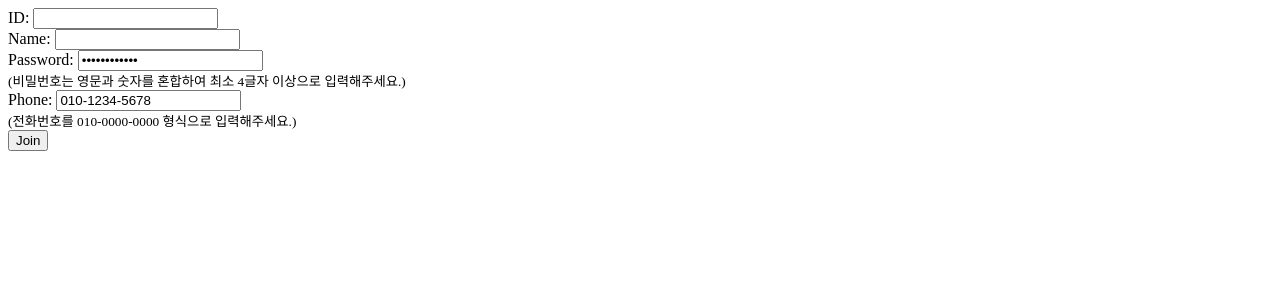
Repository: i-kemen/jsp
Page: WebTest/src/main/webapp/join.html
An editor plug-in stored every save of this project. The page is shown before and after the next save, followed by the edit.
The browser window is 1280 px wide. The pictures show the whole page.

Above is the page before, as saved 2023-06-26 05:17:12.

After the next save:
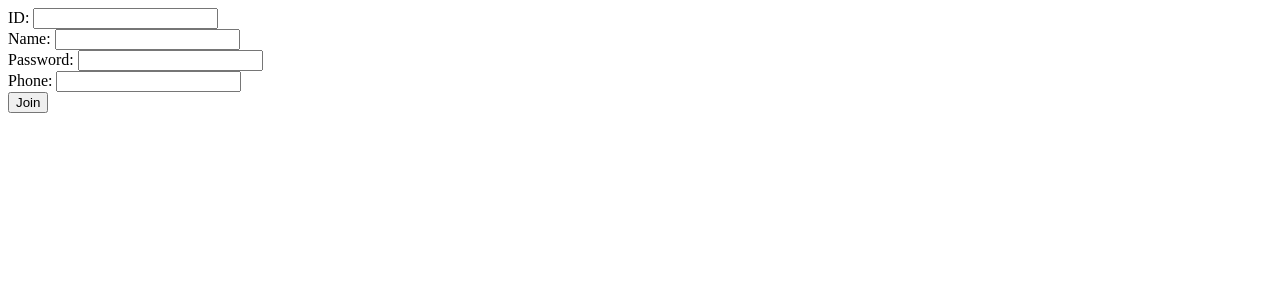
Saved 22 s later.
--- a/WebTest/src/main/webapp/join.html
+++ b/WebTest/src/main/webapp/join.html
@@ -11,27 +11,16 @@ function validateForm() {
   var phonePattern = /^010-\d{4}-\d{4}$/;
 
   if (!passwordPattern.test(password)) {
-    document.getElementById("passwordMessage").innerHTML = "비밀번호는 영문과 숫자를 혼합하여 최소 4글자 이상으로 입력해주세요.";
+    alert("비밀번호는 영문과 숫자를 혼합하여 최소 4글자 이상으로 입력해주세요.");
     return false;
-  }
-  else {
-    document.getElementById("passwordMessage").innerHTML = "";
   }
 
   if (!phonePattern.test(phone)) {
-    document.getElementById("phoneMessage").innerHTML = "전화번호를 010-0000-0000 형식으로 입력해주세요.";
+    alert("전화번호를 010-0000-0000 형식으로 입력해주세요.");
     return false;
-  }
-  else {
-    document.getElementById("phoneMessage").innerHTML = "";
   }
 
   return true;
-}
-
-window.onload = function() {
-  document.getElementById("password").value = "Password1234";
-  document.getElementById("phone").value = "010-1234-5678";
 }
 </script>
 </head>
@@ -43,12 +32,8 @@ window.onload = function() {
         <input type="text" id="name" name="name" required><br/>
         <label for="password">Password:</label>
         <input type="password" id="password" name="password" required><br/>
-        <span id="passwordMessage" style="color: red;"></span>
-        <small>(비밀번호는 영문과 숫자를 혼합하여 최소 4글자 이상으로 입력해주세요.)</small><br/>
         <label for="phone">Phone:</label>
         <input type="text" id="phone" name="phone" required><br/>
-        <span id="phoneMessage" style="color: red;"></span>
-        <small>(전화번호를 010-0000-0000 형식으로 입력해주세요.)</small><br/>
         <input type="submit" value="Join">
     </form>
 </body>
